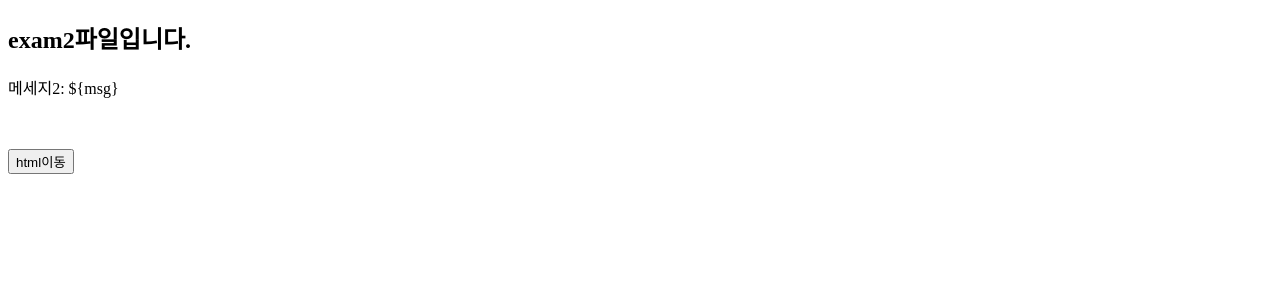
Repository: asfsdw/springBoot
Page: demo1/src/main/resources/static/exam/exam2.html
The author's editor kept a copy of each file at every save. The page is drawn from the files as they stood at one save, then again after the next save.
The browser window is 1280 px wide. The pictures show the whole page.

Above is the page before, as saved 2025-10-29 08:38:59.

### demo1/src/main/resources/static/exam/exam2.html
<!DOCTYPE html>
<html>
<head>
<meta charset="UTF-8">
<title>Insert title here</title>
</head>
<body>
	<h2>exam2파일입니다.</h2>
	<p>메세지2: ${msg}</p>
	<p><br/></p>
	<input type="button" value="html이동" onclick="location.href='index.html'" />
</body>
</html>

After the next save:
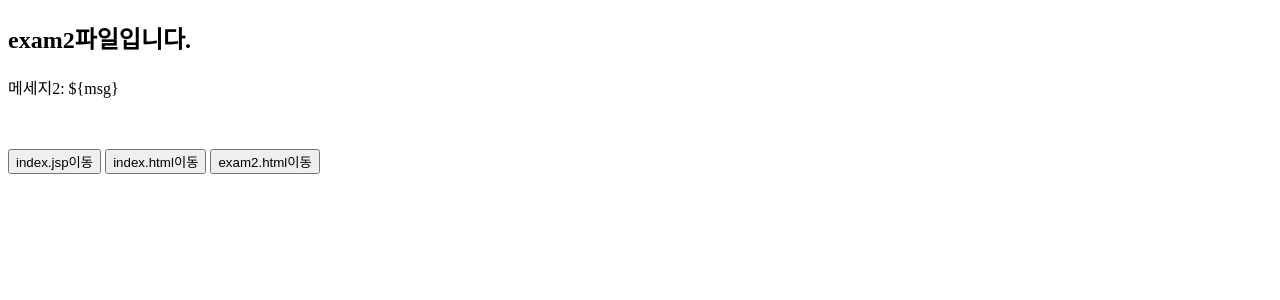
Saved 7 s later.
--- a/demo1/src/main/resources/static/exam/exam2.html
+++ b/demo1/src/main/resources/static/exam/exam2.html
@@ -8,6 +8,8 @@
 	<h2>exam2파일입니다.</h2>
 	<p>메세지2: ${msg}</p>
 	<p><br/></p>
-	<input type="button" value="html이동" onclick="location.href='index.html'" />
+	<input type="button" value="index.jsp이동" onclick="location.href='/'" />
+	<input type="button" value="index.html이동" onclick="location.href='../index.html'" />
+	<input type="button" value="exam2.html이동" onclick="location.href='exam2.html'" />
 </body>
 </html>
